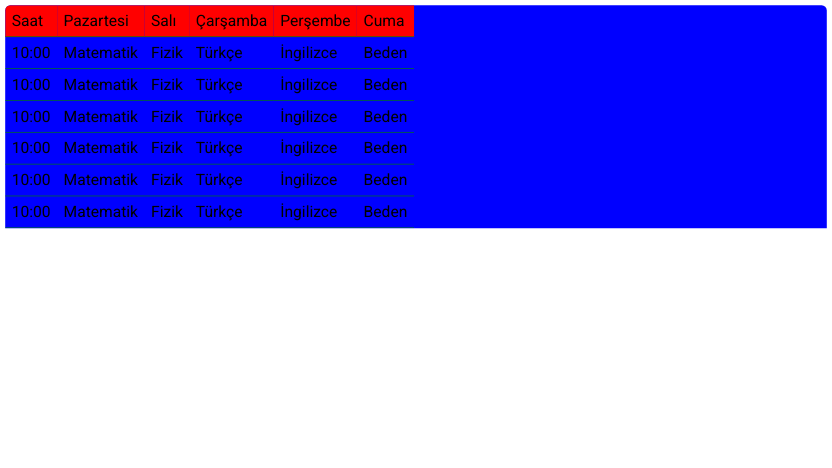
Repository: ahmetbugraozcan/css-ders-programi
Page: deneme2.html
An editor plug-in stored every save of this project. The page is shown before and after the next save, followed by the edit.
The browser window is 1280 px wide. The pictures show the whole page, at 65% of full size.

Above is the page before, as saved 2021-07-10 15:15:53.

### deneme2.html
<!DOCTYPE html>
<html>

<head>
    <link href='http://fonts.googleapis.com/css?family=Roboto' rel='stylesheet' type='text/css'>
    <style>
        * {
            box-sizing: border-box;
        }

        body {
            font-family: 'Roboto', sans-serif;
            font-size: 24px;

        }

        .head {
            background-color: red;
            width: 100%;
        }
        .row {

            border-radius: 8px 8px 0 0;
            overflow: hidden;
            display: flex;
            flex-direction: row;
            background-color: blue;
        }

        .row>div>div {

            border-bottom: 1px solid green;
        }

        .row>div>div,
        .head {
            padding: 10px;
        }
    </style>
</head>

<body>
    <div class="row">
        <div>
            <div class="head"> Saat</div>
            <div>10:00</div>
            <div>10:00</div>
            <div>10:00</div>
            <div>10:00</div>
            <div>10:00</div>
            <div>10:00</div>
        </div>
        <div>
            <div class="head"> Pazartesi</div>
            <div>Matematik</div>
            <div>Matematik</div>
            <div>Matematik</div>
            <div>Matematik</div>
            <div>Matematik</div>
            <div>Matematik</div>
        </div>
        <div>
            <div class="head">Salı</div>
            <div>Fizik</div>
            <div>Fizik</div>
            <div>Fizik</div>
            <div>Fizik</div>
            <div>Fizik</div>
            <div>Fizik</div>
        </div>
        <div>
            <div class="head">Çarşamba</div>
            <div>Türkçe</div>
            <div>Türkçe</div>
            <div>Türkçe</div>
            <div>Türkçe</div>
            <div>Türkçe</div>
            <div>Türkçe</div>

        </div>
        <div>
            <div class="head">Perşembe</div>
            <div>İngilizce</div>
            <div>İngilizce</div>
            <div>İngilizce</div>
            <div>İngilizce</div>
            <div>İngilizce</div>
            <div>İngilizce</div>
        </div>
        <div>
            <div class="head">Cuma</div>
            <div>Beden</div>
            <div>Beden</div>
            <div>Beden</div>
            <div>Beden</div>
            <div>Beden</div>
            <div>Beden</div>

        </div>
    </div>

</body>

</html>

After the next save:
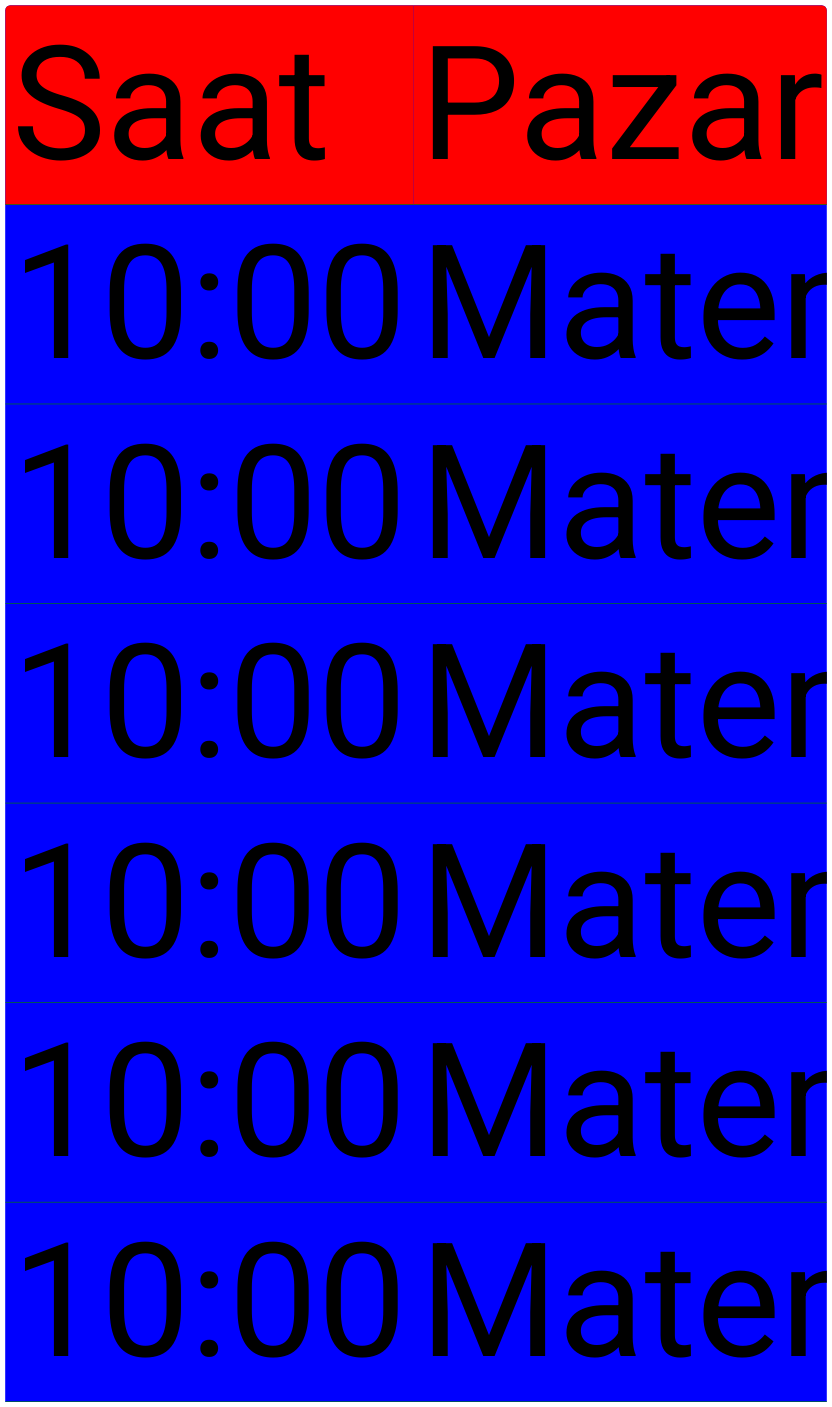
Saved 9 s later.
--- a/deneme2.html
+++ b/deneme2.html
@@ -10,7 +10,7 @@
 
         body {
             font-family: 'Roboto', sans-serif;
-            font-size: 24px;
+            font-size: 244px;
 
         }
 
